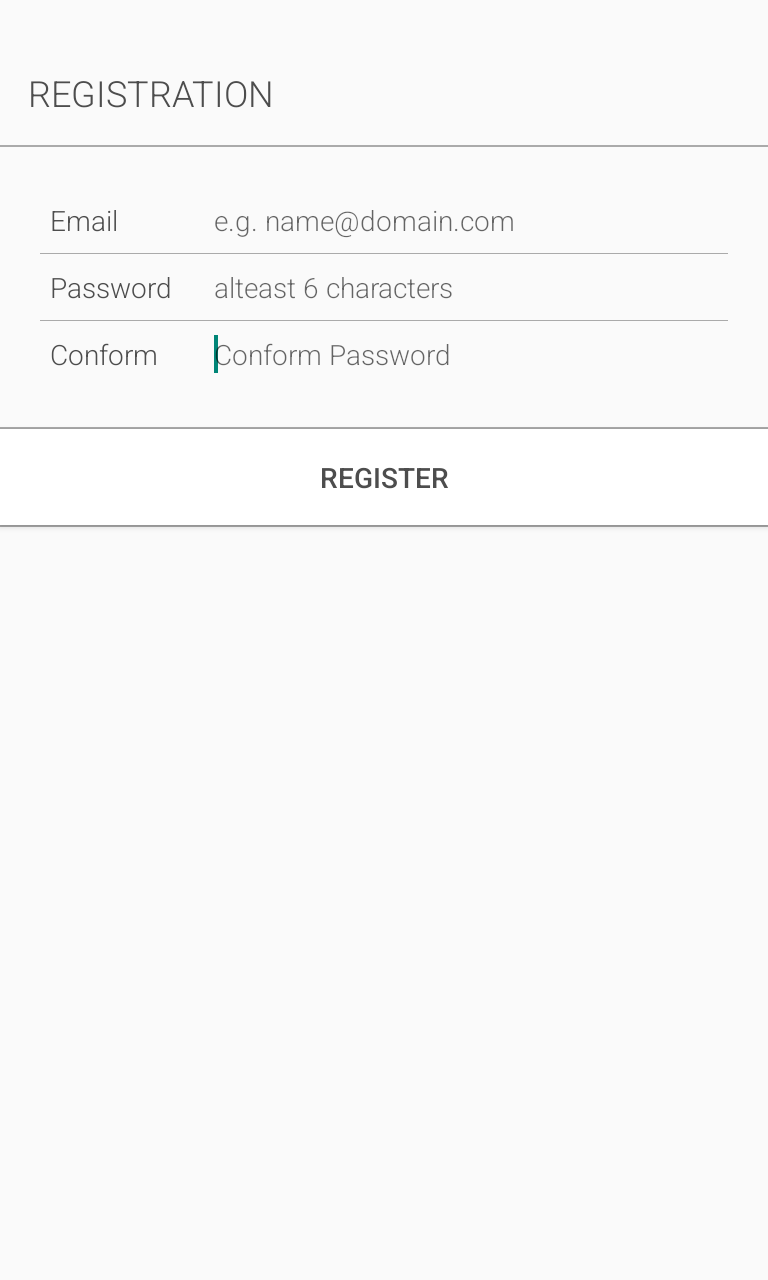
Repository: lMayuraDevani/BrentBrown
Layout: BrentBrown/res/layout/register.xml
These files come from the project's save history. The layout is drawn as it stood at one moment and after the next save; the edit follows.
It is drawn on a 768 x 1280 px phone screen (xhdpi) without system bars, with theme AppTheme; the app's code is not run.

Above is the layout before, as saved 2014-11-12 10:05:44.

### BrentBrown/res/layout/register.xml
<?xml version="1.0" encoding="utf-8"?>
<LinearLayout xmlns:android="http://schemas.android.com/apk/res/android"
    android:layout_width="match_parent"
    android:layout_height="match_parent"
    android:orientation="vertical" >


    <TextView
        android:id="@+id/textView1"
        android:layout_width="wrap_content"
        android:layout_height="wrap_content"
        android:layout_marginTop="20dp"
        android:padding="14dp"
        android:text="@string/registration_lable"
        android:textColor="@color/dark_gray_for_front"
        android:fontFamily="sans-serif-light"
        android:textAppearance="?android:attr/textAppearanceMedium" />


    <View
	   android:layout_width="fill_parent"
	   android:layout_height="1dp"
	   android:background="@android:color/darker_gray" />

    <LinearLayout
                android:layout_width="fill_parent"
                android:layout_height="wrap_content"
                android:padding="20dp"
                android:orientation="vertical" >

      <LinearLayout
                android:layout_width="fill_parent"
                android:layout_height="wrap_content"
                android:padding="4dp"
                android:orientation="horizontal" >

                <TextView
                    android:id="@+id/emaillbl"
                    android:layout_width="80dp"
                    android:layout_height="wrap_content"
                    android:layout_gravity="center"
                    android:padding="01dp"
                    android:text="Email"
                    android:fontFamily="sans-serif-light"
                    android:textColor="@color/dark_gray_for_front"
                    android:textAppearance="?android:attr/textAppearanceSmall" />

                <EditText
                    android:id="@+id/emailtxt"
                    android:layout_width="wrap_content"
                    android:layout_height="wrap_content"
                    android:ems="10"
                    android:hint="e.g. name@domain.com"
                    android:padding="3dp"
                    android:fontFamily="sans-serif-light"
                    android:textColor="@android:color/darker_gray"
                    android:background="@null"
                    android:textAppearance="?android:attr/textAppearanceSmall"
                    >

                    <requestFocus />
                </EditText>
            </LinearLayout>

       <View
	   android:layout_width="fill_parent"
	   android:layout_height="0.25dp"
	   android:padding="1dp"
	   android:background="@android:color/darker_gray" />

      <LinearLayout
                android:layout_width="fill_parent"
                android:layout_height="wrap_content"
                android:padding="4dp"
                android:orientation="horizontal" >

                <TextView
                    android:id="@+id/pass"
                    android:layout_width="80dp"
                    android:layout_height="wrap_content"
                    android:layout_gravity="center"
                    android:padding="01dp"
                    android:text="Password"
                    android:fontFamily="sans-serif-light"
                    android:textColor="@color/dark_gray_for_front"
                    android:textAppearance="?android:attr/textAppearanceSmall" />

                  <EditText
                    android:id="@+id/passwordtxt"
                    android:layout_width="match_parent"
                    android:layout_height="wrap_content"
                    android:ems="10"
                    android:hint="alteast 6 characters"
                    android:inputType="textPassword"
                    android:padding="3dp"
                    android:fontFamily="sans-serif-light"
                    android:textAppearance="?android:attr/textAppearanceSmall"
                    android:background="@null"
                    android:textColor="@android:color/darker_gray" >

                    <requestFocus />
                </EditText>
            </LinearLayout>

      <View
	   android:layout_width="fill_parent"
	   android:layout_height="0.25dp"
	   android:padding="1dp"
	   android:background="@android:color/darker_gray" />

            <LinearLayout
                android:layout_width="fill_parent"
                android:layout_height="wrap_content"
                android:padding="4dp"
                android:orientation="horizontal" >

                <TextView
                    android:id="@+id/conformpass"
                    android:layout_width="80dp"
                    android:layout_height="wrap_content"
                    android:layout_gravity="center"
                    android:padding="01dp"
                    android:text="Conform"
                    android:fontFamily="sans-serif-light"
                    android:textColor="@color/dark_gray_for_front"
                    android:textAppearance="?android:attr/textAppearanceSmall" />

                <EditText
                    android:id="@+id/cpasswordtxt"
                    android:layout_width="match_parent"
                    android:layout_height="wrap_content"
                    android:ems="10"
                    android:hint="Conform Password"
                    android:inputType="textPassword"
                    android:padding="3dp"
                    android:fontFamily="sans-serif-light"
                    android:background="@null"
                    android:textAppearance="?android:attr/textAppearanceSmall"
                    android:textColor="@android:color/darker_gray" >

                    <requestFocus />
                </EditText>
            </LinearLayout>
      </LinearLayout>

   <!--   <LinearLayout
                android:layout_width="fill_parent"
                android:layout_height="wrap_content"
                android:padding="4dp"
                >
            </LinearLayout> -->
     <View
	   android:layout_width="fill_parent"
	   android:layout_height="1dp"
	   android:background="@android:color/darker_gray" />

       <Button
                android:id="@+id/register"
                android:layout_width="fill_parent"
                android:layout_height="wrap_content"
                android:layout_below="@+id/login"
                android:background="@android:color/white"
                android:textColor="@color/dark_gray_for_front"
                android:text="Register" />

         <View
	   android:layout_width="fill_parent"
	   android:layout_height="1dp"
	   android:background="@android:color/darker_gray" />

</LinearLayout>

### BrentBrown/res/values/styles.xml
<resources xmlns:android="http://schemas.android.com/apk/res/android">

    <style name="AppBaseTheme" parent="Theme.AppCompat"></style>

    <!-- Application theme. -->
    <style name="AppTheme" parent="AppBaseTheme">
        <item name="actionBarStyle">@style/CustomizedActionbar</item>
        <item name="actionBarTabStyle">@style/CustomizedActionbarTabs</item>
        <item name="android:actionBarStyle">@style/CustomizedActionbar</item>
        <item name="android:actionBarTabStyle">@style/CustomizedActionbarTabs</item>
    </style>

    <!-- ActionBar styles -->
    <style name="CustomizedActionbar" parent="@style/Widget.AppCompat.ActionBar">
        <item name="android:background">@color/ActionBarColor</item>

        <!-- Support library compatibility -->
        <item name="background">@color/ActionBarColor</item>
        <item name="android:divider">@drawable/tabdivider</item>
    </style>

    <!-- ActionBar tabs styles -->
    <style name="CustomizedActionbarTabs" parent="@style/Widget.AppCompat.ActionBar.TabView">

        <!-- tab indicator -->
        <item name="android:background">@drawable/actionbar_tab_indicator</item>
        <item name="android:divider">@drawable/tabdivider</item>

        <!-- Support library compatibility -->
        <item name="background">@drawable/actionbar_tab_indicator</item>
    </style>

</resources>

### BrentBrown/res/drawable/actionbar_tab_indicator.xml
<?xml version="1.0" encoding="utf-8"?>
<selector xmlns:android="http://schemas.android.com/apk/res/android">

<!-- STATES WHEN BUTTON IS NOT PRESSED -->

    <!-- Non focused states -->
    <item android:state_focused="false" android:state_selected="false"
          android:state_pressed="false"

          android:drawable="@drawable/tab_unselected" />
    <item android:state_focused="false" android:state_selected="true"
          android:state_pressed="false"

          android:drawable="@drawable/tab_selected" />

    <!-- Focused states (such as when focused with a d-pad or mouse hover) -->
    <item android:state_focused="true" android:state_selected="false"
          android:state_pressed="false"
          android:drawable="@drawable/tab_unselected_focused" />
    <item android:state_focused="true" android:state_selected="true"
          android:state_pressed="false"
          android:drawable="@drawable/tab_selected_focused" />


<!-- STATES WHEN BUTTON IS PRESSED -->

    <!-- Non focused states -->
    <item android:state_focused="false" android:state_selected="false"
          android:state_pressed="true"
          android:drawable="@drawable/tab_unselected_pressed" />
    <item android:state_focused="false" android:state_selected="true"
        android:state_pressed="true"
        android:drawable="@drawable/tab_selected_pressed" />

    <!-- Focused states (such as when focused with a d-pad or mouse hover) -->
    <item android:state_focused="true" android:state_selected="false"
          android:state_pressed="true"
          android:drawable="@drawable/tab_unselected_pressed" />
    <item android:state_focused="true" android:state_selected="true"
          android:state_pressed="true"
          android:drawable="@drawable/tab_selected_pressed" />
</selector>

### BrentBrown/res/drawable/tabdivider.xml
<?xml version="1.0" encoding="utf-8"?>
<shape xmlns:android="http://schemas.android.com/apk/res/android"
    android:shape="line"  >

      <size android:width="2dp" android:height="10dp"/>
    <solid android:color="@color/BorderGrayColor" />
    <padding android:left="15dp" android:top="15dp" />

</shape>

### BrentBrown/res/values/color.xml
<?xml version="1.0" encoding="utf-8"?>
<resources>

    <color name="gray_list_item">#E5E5E5</color>
    <color name="gray_backgroound">#EEEEEE</color>
    <color name="gray_border">#b6b6b6</color>
    <color name="ActionBarColor">#25C389</color>
    <color name="BorderGrayColor">#CED8D8</color>
    <color name="OrangeTabColor">#F5963C</color>
    <color name="TurquoiseBlueTabColor">#05AEAA</color>
    <color name="MediumGrayBackColor">#D8D8D8</color>
    <color name="list_item_title">#444444</color>
    <color name="list_item_subtitle">#929292</color>
    <color name="dark_gray_for_front">#4d4d4d</color>



</resources>

### BrentBrown/res/drawable/tab_unselected.xml
<shape xmlns:android="http://schemas.android.com/apk/res/android"
    android:shape="rectangle" >

    <solid android:color="@color/OrangeTabColor" />

</shape>

### BrentBrown/res/drawable/tab_selected.xml
<?xml version="1.0" encoding="utf-8"?>
<shape xmlns:android="http://schemas.android.com/apk/res/android"
    android:shape="rectangle" >

    <solid android:color="@color/TurquoiseBlueTabColor" />



</shape>

### BrentBrown/res/drawable/tab_unselected_focused.xml
<shape xmlns:android="http://schemas.android.com/apk/res/android"
    android:shape="rectangle" >



   <solid android:color="@color/OrangeTabColor"/>

</shape>

### BrentBrown/res/drawable/tab_selected_focused.xml
<?xml version="1.0" encoding="utf-8"?>
<shape xmlns:android="http://schemas.android.com/apk/res/android"
    android:shape="rectangle" >



 <solid android:color="@color/TurquoiseBlueTabColor" />



</shape>

### BrentBrown/res/drawable/tab_unselected_pressed.xml
<shape xmlns:android="http://schemas.android.com/apk/res/android"
    android:shape="rectangle" >



    <solid android:color="@color/OrangeTabColor" />

</shape>

### BrentBrown/res/drawable/tab_selected_pressed.xml
<?xml version="1.0" encoding="utf-8"?>
<shape xmlns:android="http://schemas.android.com/apk/res/android"
    android:shape="rectangle" >
    <solid android:color="@color/TurquoiseBlueTabColor" />

</shape>

### BrentBrown/res/values/strings.xml
<?xml version="1.0" encoding="utf-8"?>
<resources>

    <string name="app_name"> Brent Brown</string>
    <string name="title_garage"> Garage</string>
    <string name="title_showroom"> Showroom</string>
    <string name="title_specials"> Specials</string>
    <string name="title_tools"> Tools</string>
    <string name="title_extra"> More</string>

    <string name="title_ServiceHistory">Service</string>
    <string name="title_Appointments">Appontments</string>
    <string name="title_Message">Message</string>

    <string name="hello_world">Hello world!</string>
    <string name="action_settings">Settings</string>

    <string name="menu_settings">Settings</string>
    <string name="pull_to_refresh_pull_label">Pull to refresh...</string>
    <string name="pull_to_refresh_release_label">Release to refresh...</string>
    <string name="pull_to_refresh_refreshing_label">Loading...</string>
    <string name="pull_to_refresh_tap_label">Tap to refresh...</string>
    <string name="registration_lable">REGISTRATION</string>


</resources>

Loaded but not shown: BrentBrown/res/values-v11/styles.xml (common file); BrentBrown/res/values-v14/styles.xml (common file)

After the next save:
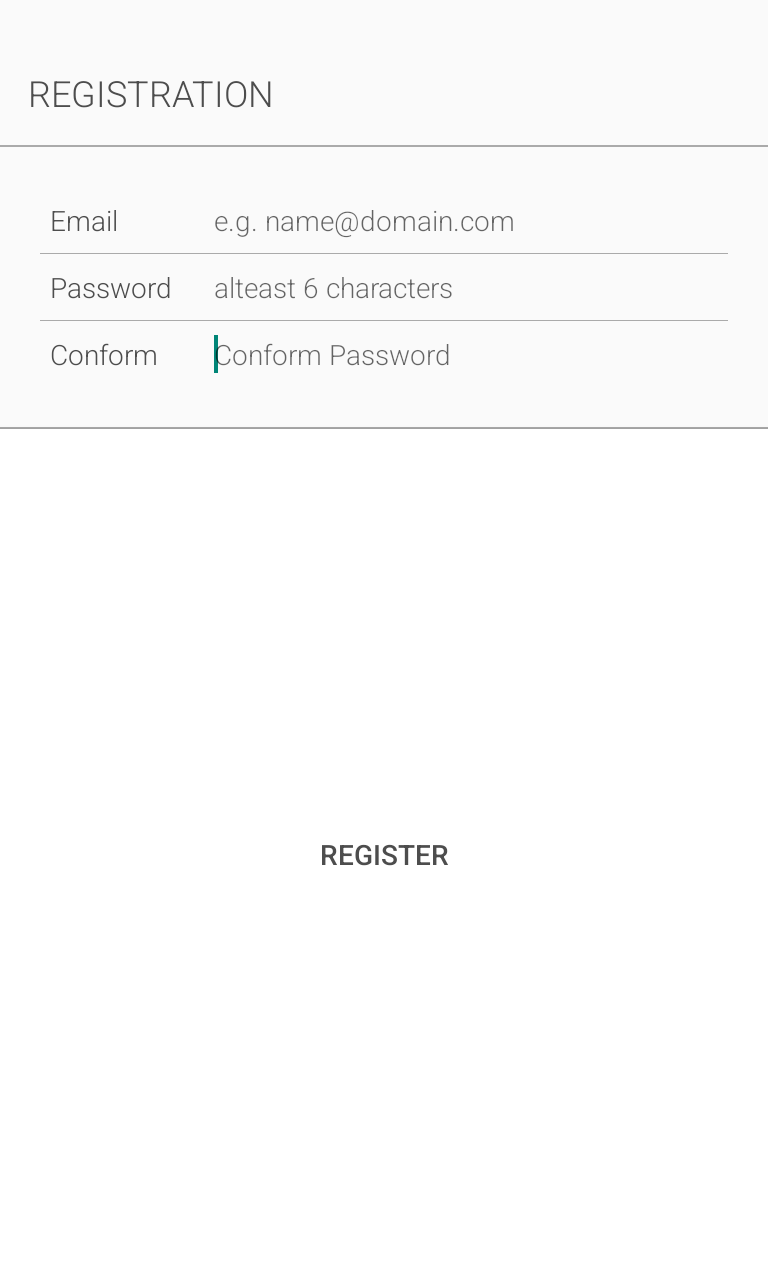
Saved 94 s later.
--- a/BrentBrown/res/layout/register.xml
+++ b/BrentBrown/res/layout/register.xml
@@ -157,7 +157,7 @@
        <Button
                 android:id="@+id/register"
                 android:layout_width="fill_parent"
-                android:layout_height="wrap_content"
+                android:layout_height="fill_parent"
                 android:layout_below="@+id/login"
                 android:background="@android:color/white"
                 android:textColor="@color/dark_gray_for_front"

After the 2 saves that followed:
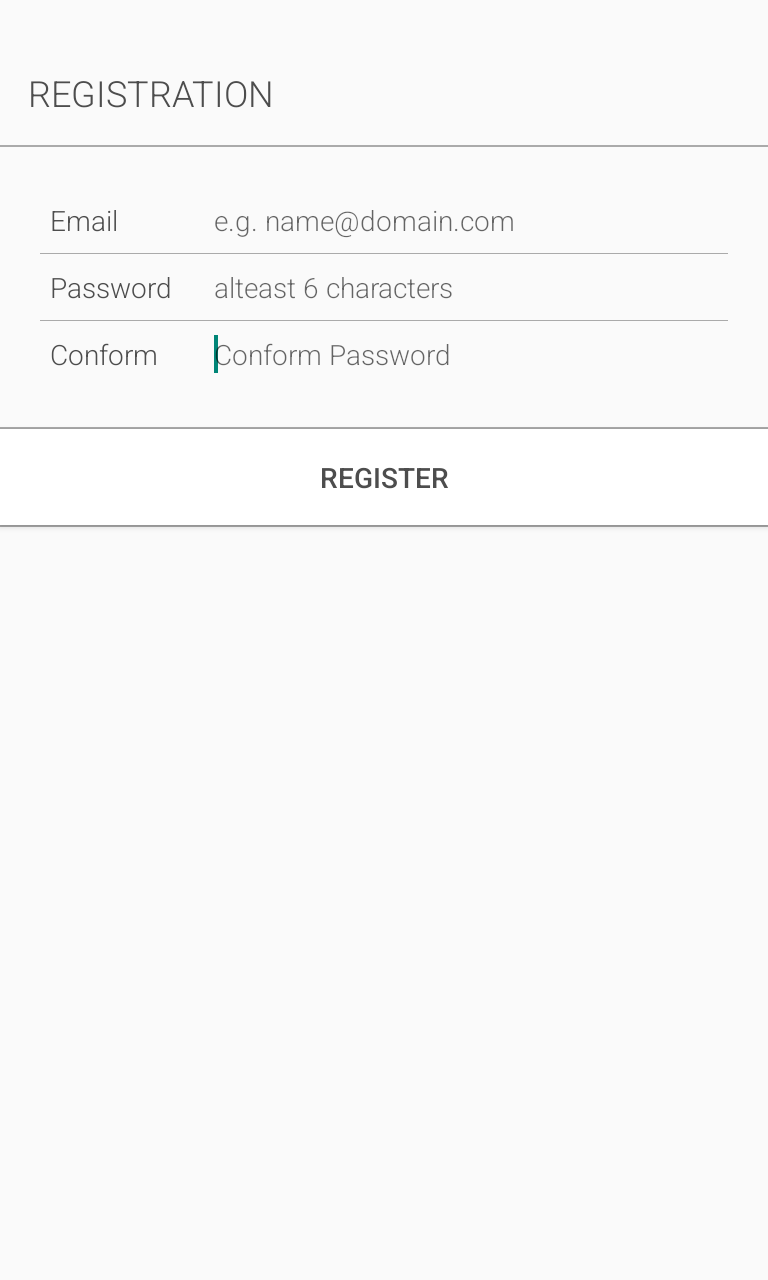
The 2 saves are shown as one change because they came seconds apart.
The last was saved 9 s later.
--- a/BrentBrown/res/layout/register.xml
+++ b/BrentBrown/res/layout/register.xml
@@ -157,8 +157,7 @@
        <Button
                 android:id="@+id/register"
                 android:layout_width="fill_parent"
-                android:layout_height="fill_parent"
-                android:layout_below="@+id/login"
+                android:layout_height="wrap_content"
                 android:background="@android:color/white"
                 android:textColor="@color/dark_gray_for_front"
                 android:text="Register" />
